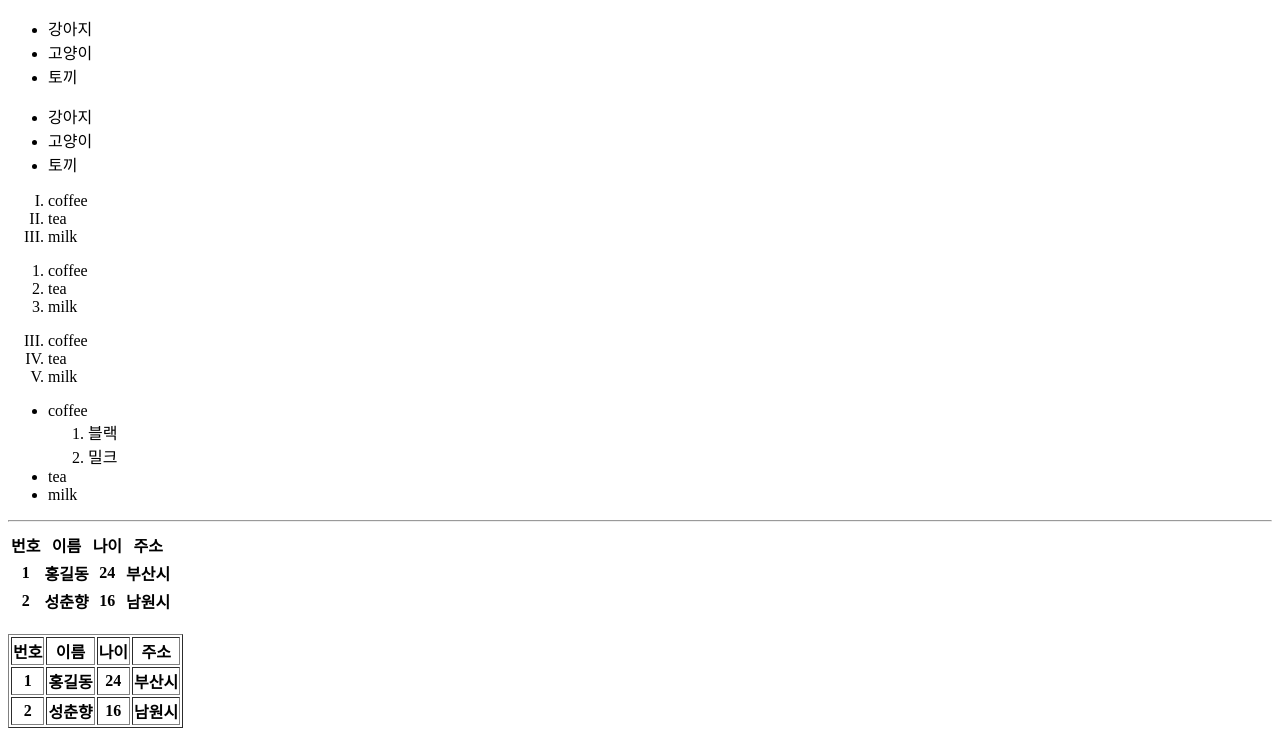
Repository: suhong99/htmlLecture
Page: sample02/src/main/webapp/index.html
The author's editor kept a copy of each file at every save. The page is drawn from the files as they stood at one save, then again after the next save.
The browser window is 1280 px wide. The pictures show the whole page.

Above is the page before, as saved 2023-06-21 07:22:30.

### sample02/src/main/webapp/index.html
<!DOCTYPE html>
<html>
<head>
<meta charset="UTF-8">
<title>Insert title here</title>
</head>
<body>
<!--
	list : 목록

	ul : unordered(순서없는) list
	ol : ordered(순서있는) list

 -->

<ul>
 	<li>강아지</li>
 	<li>고양이</li>
 	<li>토끼</li>
</ul>

<ul style="list-style-type:disc">
 	<li>강아지</li>
 	<li>고양이</li>
 	<li>토끼</li>
</ul>

<ol type="I">
	<li>coffee</li>
	<li>tea</li>
	<li>milk</li>
</ol>
<ol type="3">  <!-- 안됨  -->
	<li>coffee</li>
	<li>tea</li>
	<li>milk</li>
</ol>
<ol type = "I" start="3">
	<li>coffee</li>
	<li>tea</li>
	<li>milk</li>
</ol>

<ul type="I">
	<li>coffee
	<ol>
		<li>블랙</li>
		<li>밀크</li>
		</ol>
	</li>
	<li>tea</li>
	<li>milk</li>
</ul>

<hr>

<!--
	table : column(열) , row(행)
	<table>
		<col width="">
		<thead>
			<tr>
				<th></th>
				<td></td>
			</tr>
		</thead>
		<tbody>
		</tbody>
	</table>
 -->

 <table>
 	<thead>
 	<tr>
 		<th>번호</th>
	 	<th>이름</th>
	 	<th>나이</th>
 		<th>주소</th>
 	</tr>
 	</thead>
 	<tbody>
	 	<tr>
	 		<th>1</th>
		 	<th>홍길동</th>
		 	<th>24</th>
	 		<th>부산시</th>
	 	</tr>
	 	<tr>
	 		<th>2</th>
		 	<th>성춘향</th>
		 	<th>16</th>
	 		<th>남원시</th>
	 	</tr>
 	</tbody>
 </table>
 <br>
 <table border="1">
 	<thead>
 	<tr>
 		<th>번호</th>
	 	<th>이름</th>
	 	<th>나이</th>
 		<th>주소</th>
 	</tr>
 	</thead>
 	<tbody>
	 	<tr>
	 		<th>1</th>
		 	<th>홍길동</th>
		 	<th>24</th>
	 		<th>부산시</th>
	 	</tr>
	 	<tr>
	 		<th>2</th>
		 	<th>성춘향</th>
		 	<th>16</th>
	 		<th>남원시</th>
	 	</tr>
 	</tbody>
 </table>
</body>
</html>

After the next save:
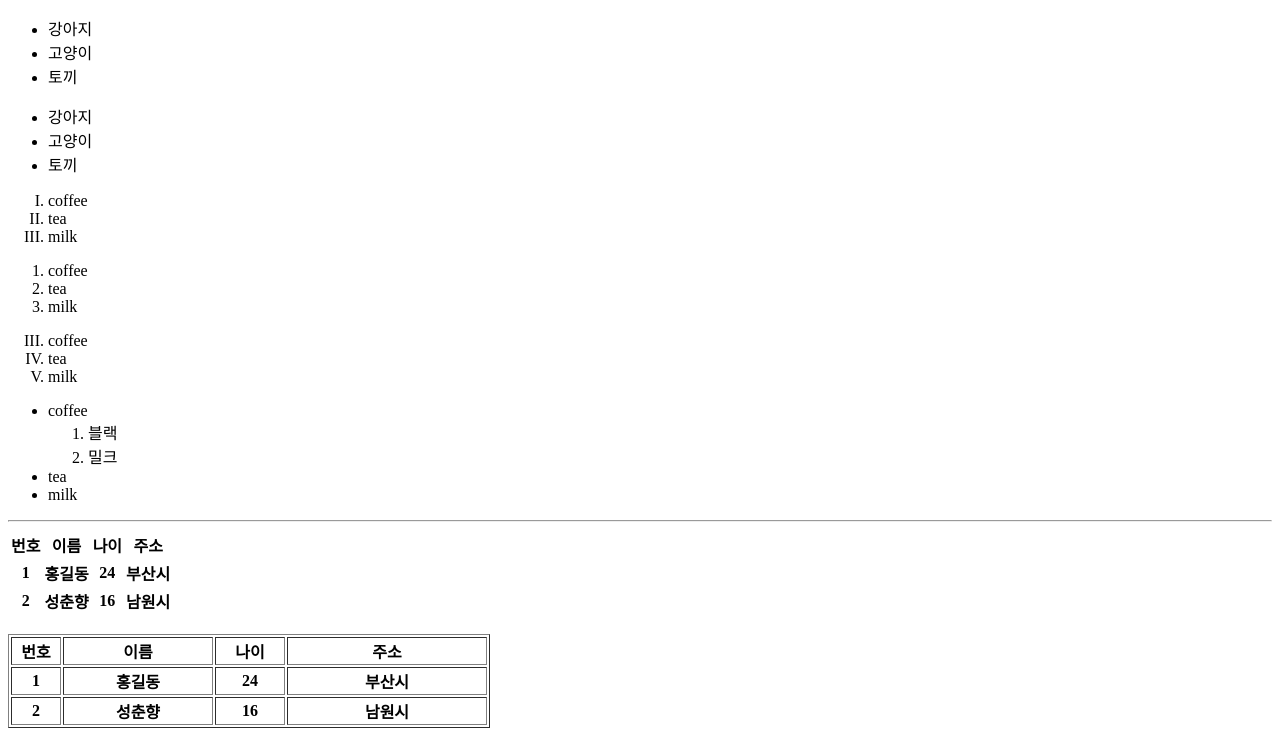
Saved 95 s later.
--- a/sample02/src/main/webapp/index.html
+++ b/sample02/src/main/webapp/index.html
@@ -95,6 +95,10 @@
  </table>
  <br>
  <table border="1">
+ <col width="50"> <col width="150">
+  <col width="70">
+  <col width="200">
+
  	<thead>
  	<tr>
  		<th>번호</th>
